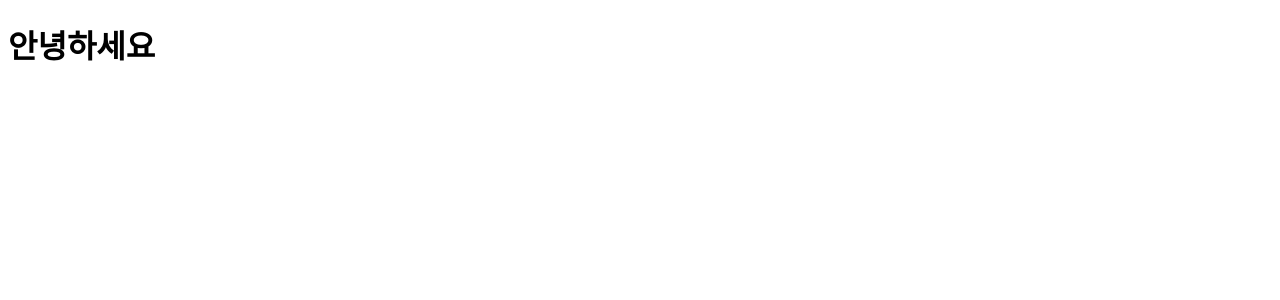
Repository: SEOGWANGWON/jsp_workspace
Page: http://localhost/join/register.jsp
An editor plug-in stored every save of this project. The page is shown before and after the next save, followed by the edit.
The browser window is 1280 px wide. The pictures show the whole page.
The page is served by Tomcat 9.

Above is the page before, as saved 2023-11-07 00:33:32.

### join/src/main/webapp/register.jsp
<%@ page language="java" contentType="text/html; charset=EUC-KR"
    pageEncoding="EUC-KR"%>
<!DOCTYPE html>
<html>
	<head>
	<meta charset="EUC-KR">
	<title>Insert title here</title>
	</head>
	<body>
		<h1>안녕하세요</h1>
	</body>
</html>

After the next save:
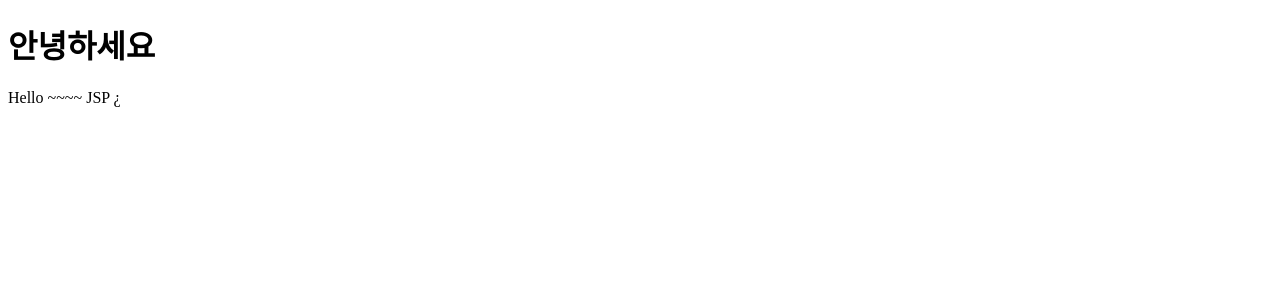
Saved 3 min 54 s later.
--- a/join/src/main/webapp/register.jsp
+++ b/join/src/main/webapp/register.jsp
@@ -8,5 +8,9 @@
 	</head>
 	<body>
 		<h1>안녕하세요</h1>
+		<%
+		String msg = "Hello ~~~~ JSP ¿";
+		out.println(msg);
+		%>
 	</body>
 </html>
